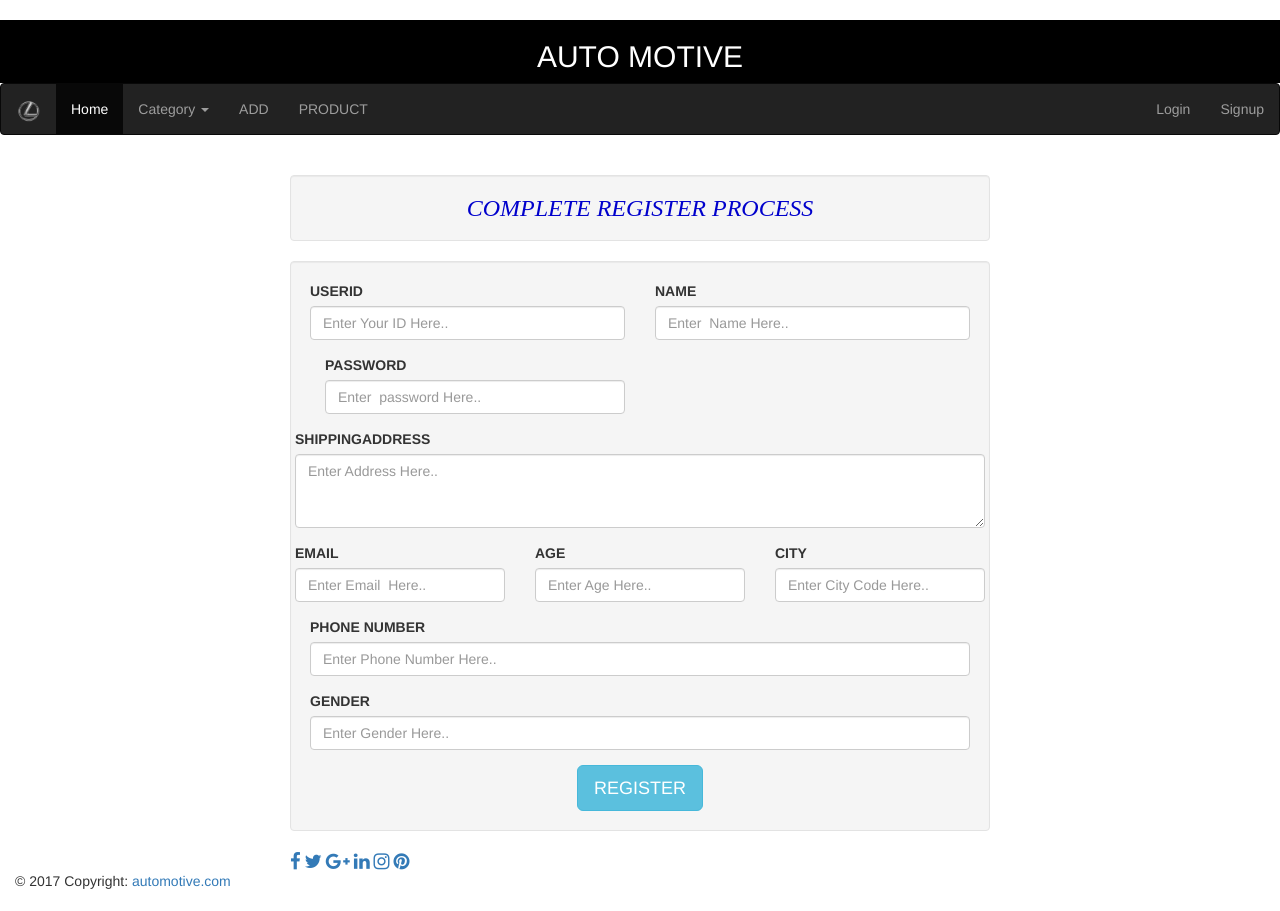
Repository: kavintech/DTProject
Page: http://localhost/Ecommerce_frontend/WEB-INF/views/registerpage.jsp
These files come from the project's save history. The page is drawn as it stood at one moment and after the next save; the edit follows.
The browser window is 1280 px wide. The pictures show the whole page.
Some web libraries are served in a nearby version. The page is served by Tomcat 9. Nobody is signed in. The template is opened directly, without the code that normally fills it, so the values that code supplies are empty.

Above is the page before, as saved 2017-11-27 07:17:32.

After the next save:
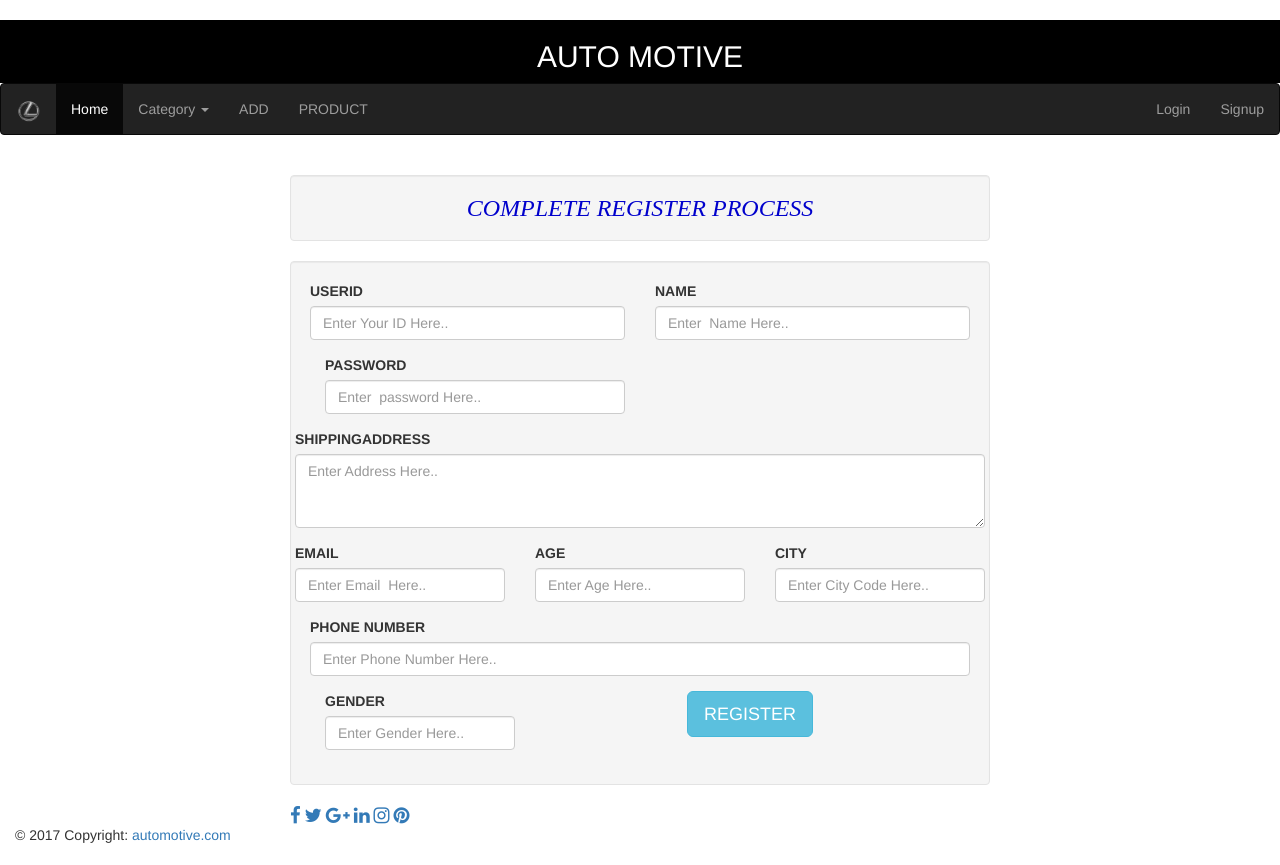
Saved 72 s later.
--- a/Ecommerce_frontend/src/main/webapp/WEB-INF/views/registerpage.jsp
+++ b/Ecommerce_frontend/src/main/webapp/WEB-INF/views/registerpage.jsp
@@ -70,6 +70,7 @@
 					</div>
 
 					<div class="form-group">
+					<div class="col-sm-4 form-group">
 						<label>GENDER</label>
 						<input type="text" placeholder="Enter Gender Here.."  class="form-control" pattern="^[a-zA-Z][a-zA-Z0-9-_\.]{1,20}$" required name="usergen">
 
